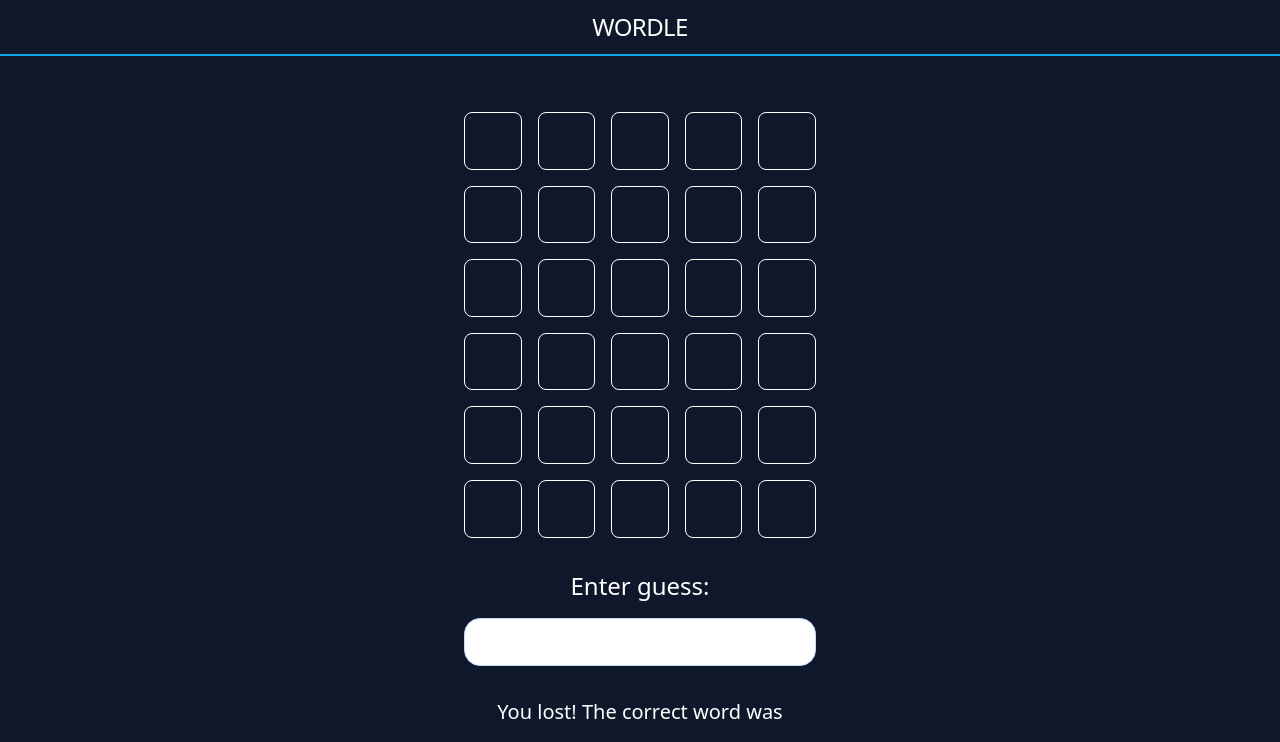
Repository: hjubsoni/basic-wordle-game
Page: / (app in client/)
An editor plug-in stored every save of this project. The page is shown before and after the next save, followed by the edit.
The browser window is 1280 px wide. The pictures show the whole page.
The page's requests for data from a server got no answer. The project was rebuilt for these pictures with package versions that can differ from the ones it lists, and the page was loaded fresh each time. No one was signed in, and anything a server would have sent is missing. Also part of the build but not shown: client/vite.config.ts.

Above is the page before, as saved 2023-01-29 20:06:12.

After the next save:
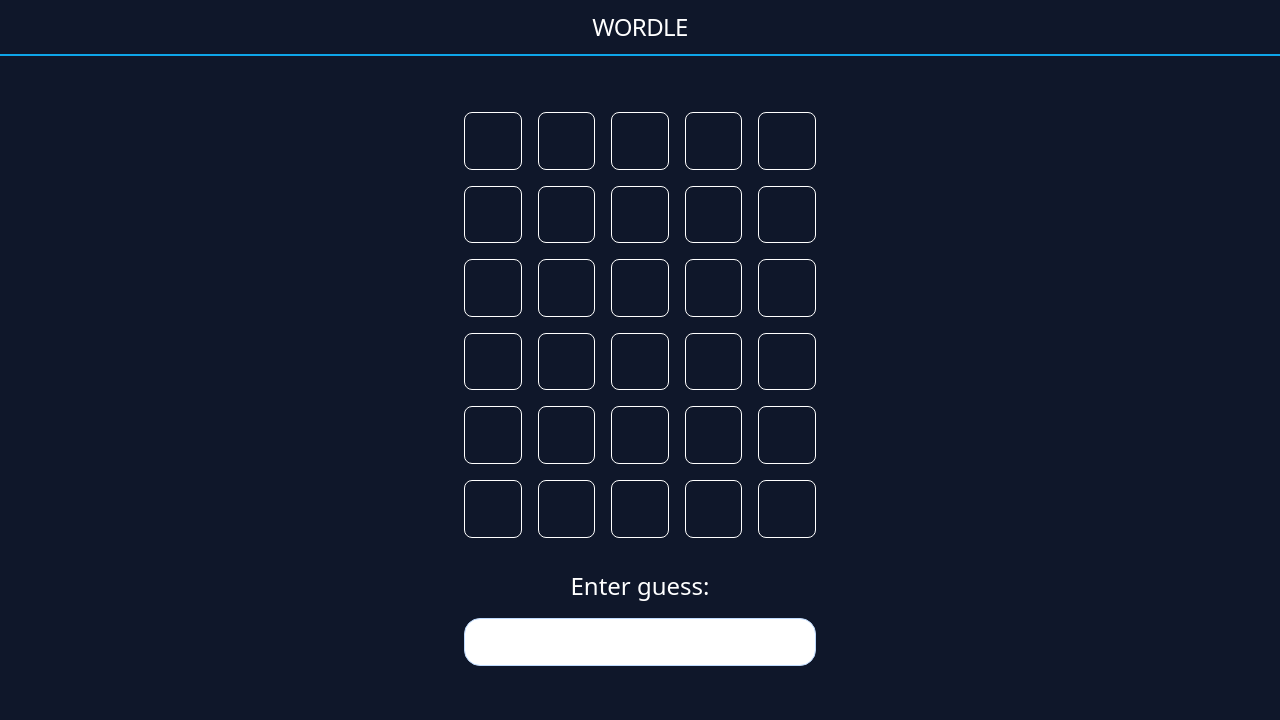
Saved 69 s later.
--- a/client/src/components/ResultPopUp/ResultPopUp.tsx
+++ b/client/src/components/ResultPopUp/ResultPopUp.tsx
@@ -10,7 +10,11 @@
   const status = guessedWords.includes(correctWord)
     ? 'Congratulations'
     : `You lost! The correct word was ${correctWord}`;
-  return <p className="text-xl text-white">{status}</p>;
+  return (
+    <p className="text-xl text-white">
+      {guessedWords.length === 5 && status}
+    </p>
+  );
 }
 
 export default ResultPopUp;
